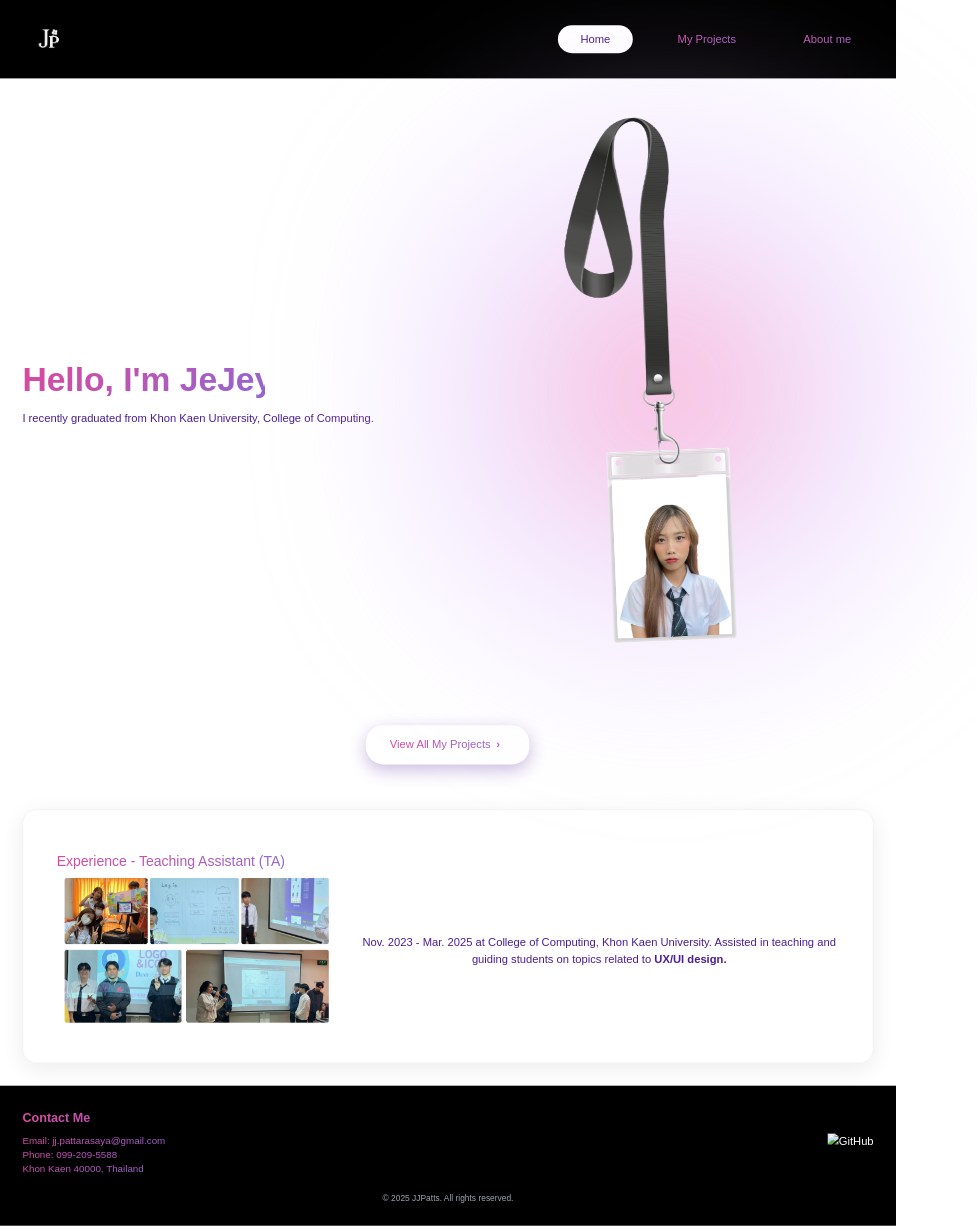
Repository: PattarasayaJJ/Portfolio-jjpatts
Page: /
An editor plug-in stored every save of this project. The page is shown before and after a run of saves, followed by the edit.
The browser window is 1280 px wide. The page is 1396 px wide, so the pictures cover 1396 px, including what lies to the right of the window. The pictures show the whole page, at 70% of full size.
The project was rebuilt for these pictures with package versions that can differ from the ones it lists, and the page was loaded fresh each time. Also part of the build but not shown: vite.config.js, vite.config.ts, src/header.css, src/work.css, src/components/Works.jsx, src/components/Aboutme.jsx.

Above is the page before, as saved 2025-08-03 23:43:46.

After the next 3 saves:
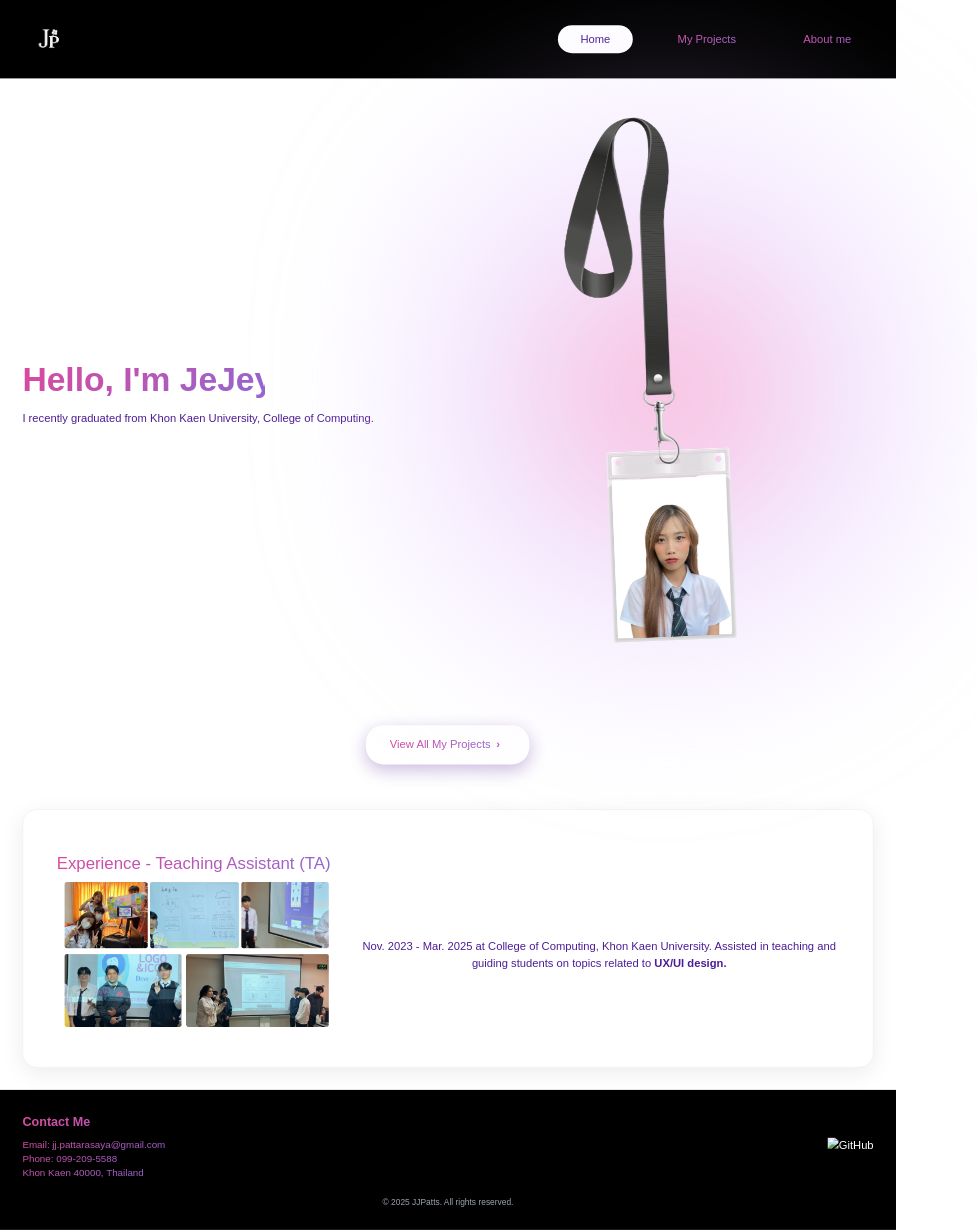
The 3 saves are shown as one change because they came seconds apart.
The last was saved 18 s later.
--- a/src/hero.css
+++ b/src/hero.css
@@ -212,7 +212,7 @@
   -webkit-text-fill-color: transparent;
   background-clip: text;
   display: inline-block;
-  font-size: 1.25rem;
+  font-size: 1.5rem;
 }
 
 
